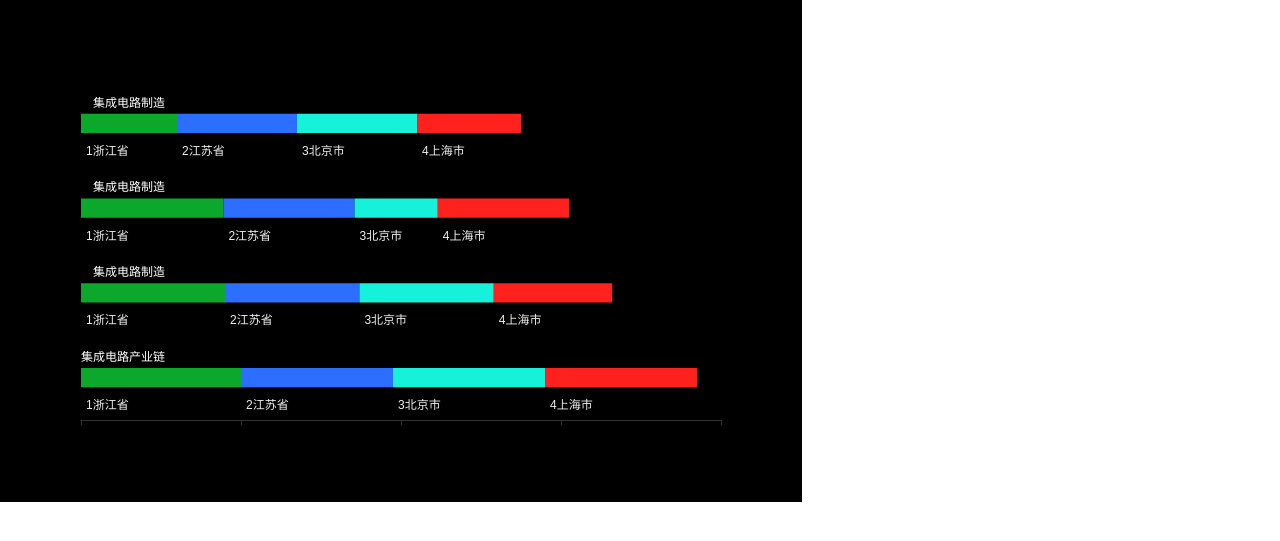
Repository: 572031690/echartproj
Page: /#/test
These files come from the project's save history. The page is drawn as it stood at one moment and after the next save; the edit follows.
The browser window is 1280 px wide. The pictures show the whole page.
The project was rebuilt for these pictures with package versions that can differ from the ones it lists, and the page was loaded fresh each time. Also part of the build but not shown: vue.config.js, src/components/Seller.vue, src/views/SellerPage.vue, src/utils/theme_utils.js, src/components/Trend.vue, src/views/TrendPage.vue, src/utils/map_utils.js, src/components/Map.vue and 9 more.

Above is the page before, as saved 2021-08-03 11:57:37.

After the next save:
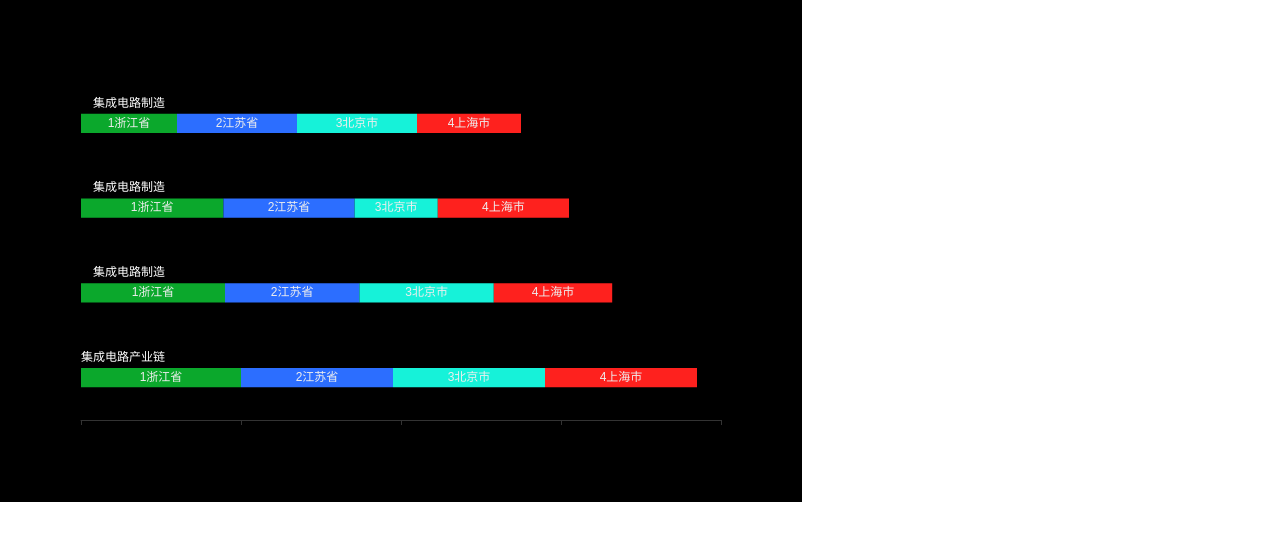
Saved 34 s later.
--- a/src/components/Test.vue
+++ b/src/components/Test.vue
@@ -108,7 +108,7 @@
             type: 'bar',
             label: {
               show: true,
-              position: [5, 32],
+              // position: [5, 32],
               textStyle: {
                 color: '#eee',
                 fontSize: 12

After the save that followed:
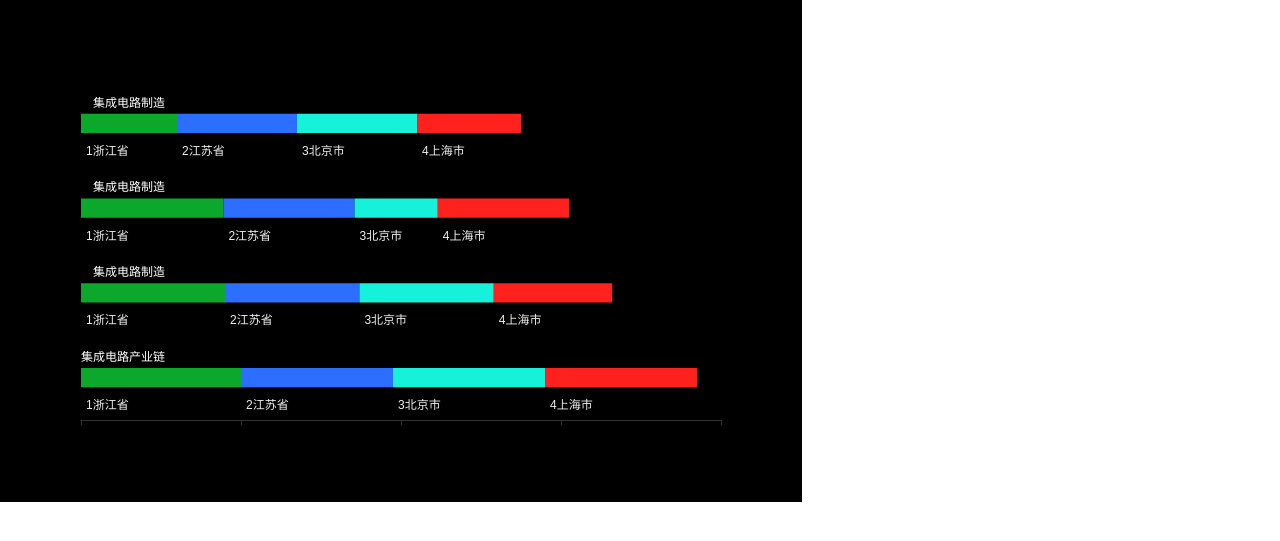
Saved 4 s later.
--- a/src/components/Test.vue
+++ b/src/components/Test.vue
@@ -108,7 +108,7 @@
             type: 'bar',
             label: {
               show: true,
-              // position: [5, 32],
+              position: [5, 32],
               textStyle: {
                 color: '#eee',
                 fontSize: 12
